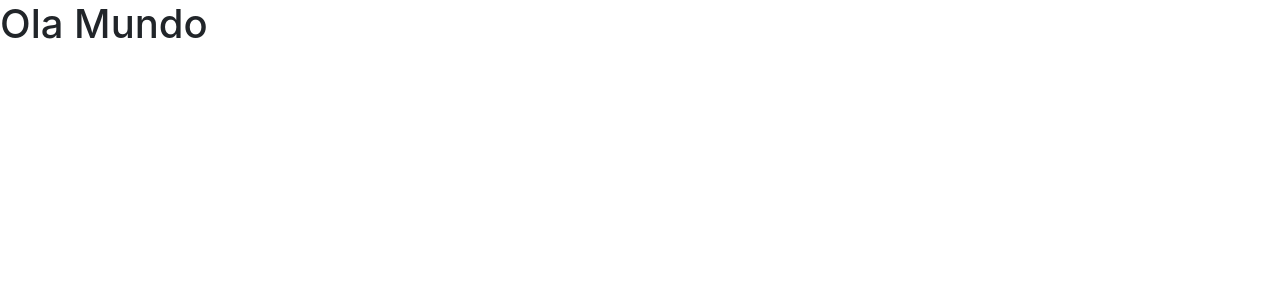
Repository: SolanoBarcelos/AtvPratMod4
Page: CrudJAVA/AtvPratMod4/src/main/webapp/index.html
An editor plug-in stored every save of this project. The page is shown before and after the next save, followed by the edit.
The browser window is 1280 px wide. The pictures show the whole page.

Above is the page before, as saved 2022-02-13 19:19:13.

After the next save:
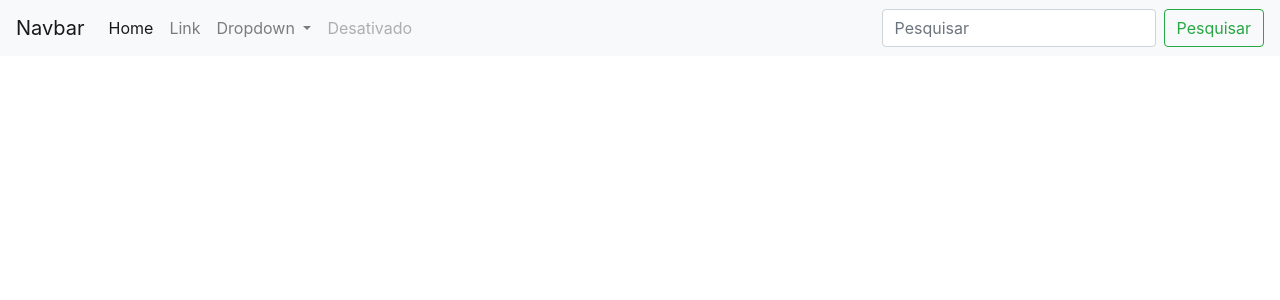
Saved 8 min 59 s later.
--- a/CrudJAVA/AtvPratMod4/src/main/webapp/index.html
+++ b/CrudJAVA/AtvPratMod4/src/main/webapp/index.html
@@ -9,6 +9,42 @@
 <script src="https://stackpath.bootstrapcdn.com/bootstrap/4.1.3/js/bootstrap.min.js" integrity="sha384-ChfqqxuZUCnJSK3+MXmPNIyE6ZbWh2IMqE241rYiqJxyMiZ6OW/JmZQ5stwEULTy" crossorigin="anonymous"></script>
 </head>
 <body>
-<h1>Ola Mundo</h1>
+
+<nav class="navbar navbar-expand-lg navbar-light bg-light">
+  <a class="navbar-brand" href="#">Navbar</a>
+  <button class="navbar-toggler" type="button" data-toggle="collapse" data-target="#conteudoNavbarSuportado" aria-controls="conteudoNavbarSuportado" aria-expanded="false" aria-label="Alterna navegação">
+    <span class="navbar-toggler-icon"></span>
+  </button>
+
+  <div class="collapse navbar-collapse" id="conteudoNavbarSuportado">
+    <ul class="navbar-nav mr-auto">
+      <li class="nav-item active">
+        <a class="nav-link" href="#">Home <span class="sr-only">(página atual)</span></a>
+      </li>
+      <li class="nav-item">
+        <a class="nav-link" href="#">Link</a>
+      </li>
+      <li class="nav-item dropdown">
+        <a class="nav-link dropdown-toggle" href="#" id="navbarDropdown" role="button" data-toggle="dropdown" aria-haspopup="true" aria-expanded="false">
+          Dropdown
+        </a>
+        <div class="dropdown-menu" aria-labelledby="navbarDropdown">
+          <a class="dropdown-item" href="#">Ação</a>
+          <a class="dropdown-item" href="#">Outra ação</a>
+          <div class="dropdown-divider"></div>
+          <a class="dropdown-item" href="#">Algo mais aqui</a>
+        </div>
+      </li>
+      <li class="nav-item">
+        <a class="nav-link disabled" href="#">Desativado</a>
+      </li>
+    </ul>
+    <form class="form-inline my-2 my-lg-0">
+      <input class="form-control mr-sm-2" type="search" placeholder="Pesquisar" aria-label="Pesquisar">
+      <button class="btn btn-outline-success my-2 my-sm-0" type="submit">Pesquisar</button>
+    </form>
+  </div>
+</nav>
+
 </body>
 </html>
